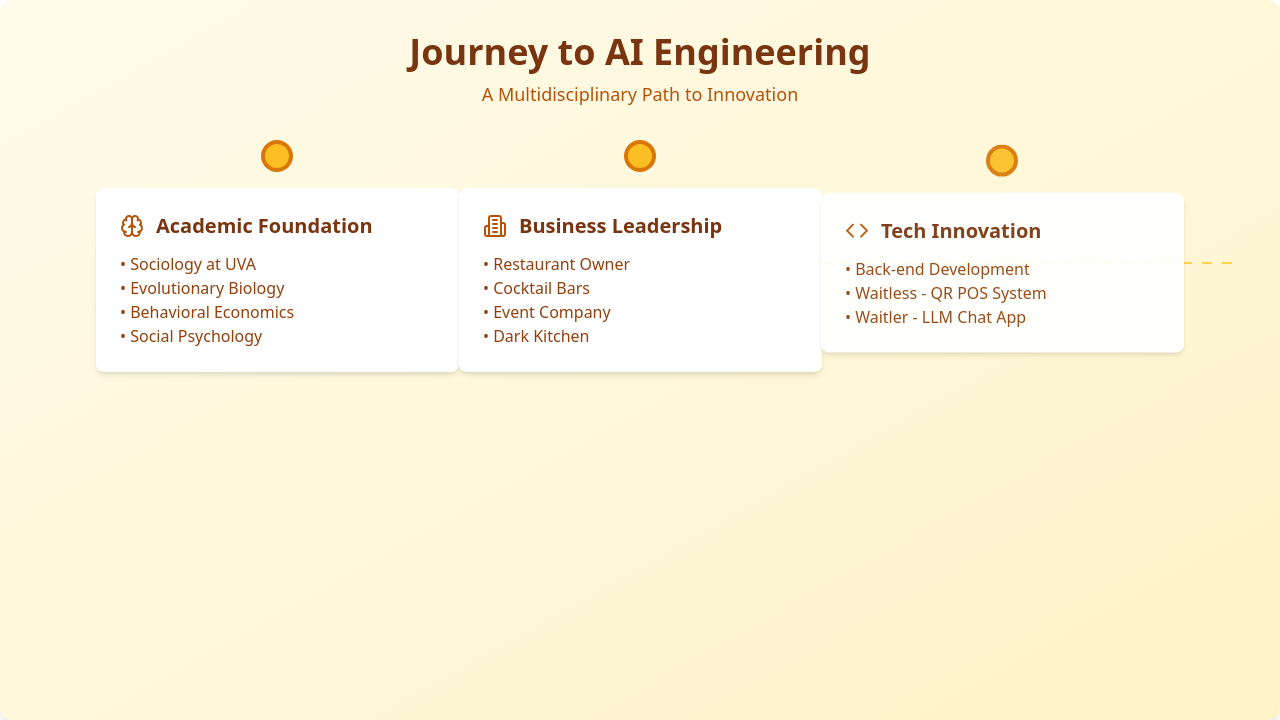
Repository: Galbaz1/dell_presentation
Page: /
An editor plug-in stored every save of this project. The page is shown before and after a run of saves, followed by the edit.
The browser window is 1280 px wide. The pictures show the whole page.
The project was rebuilt for these pictures with package versions that can differ from the ones it lists, and the page was loaded fresh each time. The framework's server and built-in components were replaced by stand-ins that run in the browser.

Above is the page before, as saved 2024-11-11 12:09:44.

### pages/_app.tsx
import '../styles/globals.css'
import '../styles/speaker_intro.css'
import type { AppProps } from 'next/app'

function MyApp({ Component, pageProps }: AppProps) {
  return <Component {...pageProps} />
}

export default MyApp

### pages/index.tsx
import React from 'react';
import { Brain, Building2, Code, Users, ArrowRight, RefreshCcw } from 'lucide-react';

const SpeakerSlide: React.FC = () => {
  return (
    <div className="bg-gradient-to-br from-amber-50 to-amber-100 p-8 rounded-xl shadow-lg min-h-screen overflow-hidden">
      {/* Header */}
      <div className="mb-12 text-center">
        <h1 className="text-4xl font-bold text-amber-900 mb-2">Journey to AI Engineering</h1>
        <p className="text-lg text-amber-700">A Multidisciplinary Path to Innovation</p>
      </div>

      {/* Timeline Journey */}
      <div className="relative mb-16 mx-auto max-w-[1400px]">
        {/* Connecting Lines */}
        <svg className="absolute top-1/2 left-0 w-full h-1" style={{ transform: 'translateY(-50%)' }}>
          <path
            d="M150 0 L600 0"
            className="footsteps-path footsteps-animation-1"
            stroke="#fcd34d"
            strokeWidth="4"
            fill="none"
            strokeDasharray="10"
          />
          <path
            d="M750 0 L1200 0"
            className="footsteps-path footsteps-animation-2"
            stroke="#fcd34d"
            strokeWidth="4"
            fill="none"
            strokeDasharray="10"
          />
        </svg>

        {/* Journey Stations */}
        <div className="relative flex justify-between items-center px-16">
          {/* Academic Foundation */}
          <div className="w-96 relative fall-animation">
            <div className="absolute -top-4 left-1/2 transform -translate-x-1/2">
              <div className="w-8 h-8 rounded-full bg-amber-400 border-4 border-amber-600" />
            </div>
            <div className="bg-white p-6 rounded-lg shadow-md mt-8">
              <h2 className="text-xl font-semibold text-amber-900 mb-3 flex items-center">
                <Brain className="mr-3 text-amber-700 w-6 h-6" /> Academic Foundation
              </h2>
              <ul className="text-base text-amber-800">
                <li>• Sociology at UVA</li>
                <li>• Evolutionary Biology</li>
                <li>• Behavioral Economics</li>
                <li>• Social Psychology</li>
              </ul>
            </div>
          </div>

          {/* Business Experience */}
          <div className="w-96 relative fall-animation fall-animation-delay-1">
            <div className="absolute -top-4 left-1/2 transform -translate-x-1/2">
              <div className="w-8 h-8 rounded-full bg-amber-400 border-4 border-amber-600" />
            </div>
            <div className="bg-white p-6 rounded-lg shadow-md mt-8">
              <h2 className="text-xl font-semibold text-amber-900 mb-3 flex items-center">
                <Building2 className="mr-3 text-amber-700 w-6 h-6" /> Business Leadership
              </h2>
              <ul className="text-base text-amber-800">
                <li>• Restaurant Owner</li>
                <li>• Cocktail Bars</li>
                <li>• Event Company</li>
                <li>• Dark Kitchen</li>
              </ul>
            </div>
          </div>

          {/* Tech Innovation */}
          <div className="w-96 relative fall-animation fall-animation-delay-2">
            <div className="absolute -top-4 left-1/2 transform -translate-x-1/2">
              <div className="w-8 h-8 rounded-full bg-amber-400 border-4 border-amber-600" />
            </div>
            <div className="bg-white p-6 rounded-lg shadow-md mt-8">
              <h2 className="text-xl font-semibold text-amber-900 mb-3 flex items-center">
                <Code className="mr-3 text-amber-700 w-6 h-6" /> Tech Innovation
              </h2>
              <ul className="text-base text-amber-800">
                <li>• Back-end Development</li>
                <li>• Waitless - QR POS System</li>
                <li>• Waitler - LLM Chat App</li>
              </ul>
            </div>
          </div>
        </div>
      </div>

      {/* Current Roles Synergy Circle */}
      <div className="relative max-w-[1200px] mx-auto mt-24">
        <div className="flex justify-between items-center synergy-animation px-16">
          {/* AI Engineering Role */}
          <div className="w-[480px] bg-white p-8 rounded-lg shadow-md border-2 border-amber-400">
            <h2 className="text-2xl font-semibold text-amber-900 mb-3 flex items-center">
              <Brain className="mr-3 text-amber-700 w-6 h-6" /> AI Engineering
            </h2>
            <p className="text-base text-amber-800">
              Freelance AI solutions architect combining technical expertise with business acumen
            </p>
          </div>

          {/* AI Builders Role */}
          <div className="w-[480px] bg-white p-8 rounded-lg shadow-md border-2 border-amber-400">
            <h2 className="text-2xl font-semibold text-amber-900 mb-3 flex items-center">
              <Users className="mr-3 text-amber-700 w-6 h-6" /> AI Builders Club
            </h2>
            <p className="text-base text-amber-800">
              Community lead fostering AI innovation in Amsterdam, Rotterdam, and Berlin
            </p>
          </div>
        </div>

        {/* Synergy Arrows */}
        <div className="absolute top-1/2 left-1/2 transform -translate-x-1/2 -translate-y-1/2 w-28 h-28 synergy-animation">
          <div className="relative w-full h-full">
            <RefreshCcw className="w-full h-full text-amber-600 animate-spin-slow" />
            <div className="absolute top-1/2 left-1/2 transform -translate-x-1/2 -translate-y-1/2 text-xs text-amber-800 font-semibold bg-white px-2 rounded">
              Synergy
            </div>
          </div>
        </div>
      </div>
    </div>
  );
};

export default SpeakerSlide;

### styles/speaker_intro.css
@keyframes spin-slow {
  from {
    transform: rotate(0deg);
  }
  to {
    transform: rotate(360deg);
  }
}

.animate-spin-slow {
  animation: spin-slow 20s linear infinite;
}

@keyframes fallIn {
  0% {
    transform: translateY(-100vh) rotate(0deg);
    opacity: 0;
  }
  60% {
    transform: translateY(20px) rotate(720deg);
  }
  80% {
    transform: translateY(-10px) rotate(720deg);
  }
  100% {
    transform: translateY(0) rotate(720deg);
    opacity: 1;
  }
}

@keyframes footsteps {
  0% {
    clip-path: inset(0 100% 0 0);
  }
  100% {
    clip-path: inset(0 0 0 0);
  }
}

@keyframes dotted-line {
  0% {
    stroke-dashoffset: 1000;
  }
  100% {
    stroke-dashoffset: 0;
  }
}

@keyframes synergy-appear {
  0% {
    transform: scale(0) rotate(0deg);
    opacity: 0;
  }
  100% {
    transform: scale(1) rotate(360deg);
    opacity: 1;
  }
}

.fall-animation {
  opacity: 0;
  animation: fallIn 2s cubic-bezier(0.25, 0.46, 0.45, 0.94) forwards;
}

.fall-animation-delay-1 {
  animation-delay: 2s;
}

.fall-animation-delay-2 {
  animation-delay: 4s;
}

.footsteps-path {
  stroke-dasharray: 10;
  stroke-dashoffset: 1000;
  animation: dotted-line 1.5s ease-in-out forwards;
}

.footsteps-animation-1 {
  animation-delay: 1.5s;
}

.footsteps-animation-2 {
  animation-delay: 3.5s;
}

.synergy-animation {
  opacity: 0;
  animation: synergy-appear 2s cubic-bezier(0.34, 1.56, 0.64, 1) forwards;
  animation-delay: 6s;
}

### tailwind.config.js
/** @type {import('tailwindcss').Config} */
module.exports = {
  content: [
    "./pages/**/*.{js,ts,jsx,tsx}",
    "./components/**/*.{js,ts,jsx,tsx}",
    "./styles/**/*.css",
  ],
  theme: {
    extend: {},
  },
  plugins: [],
}

Loaded but not shown: styles/globals.css (common file)

After the next 4 saves:
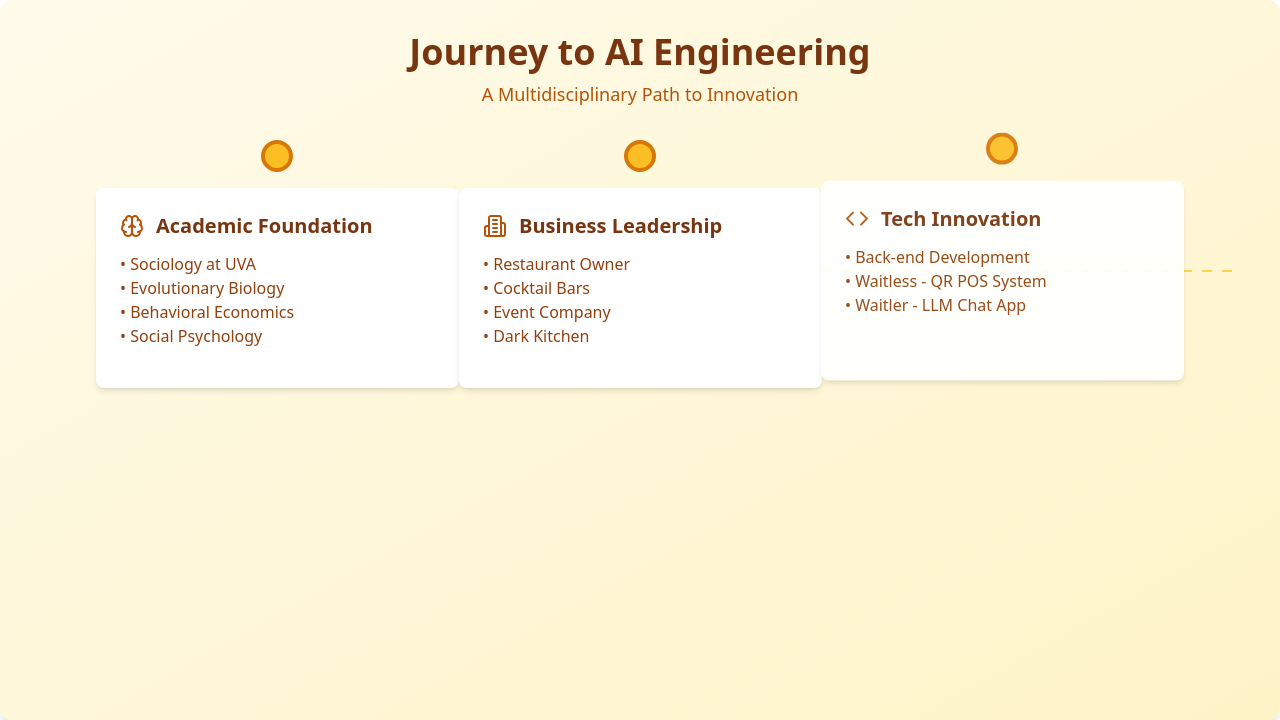
The 4 saves are shown as one change because they came seconds apart.
The last was saved 3 min 15 s later.
--- a/pages/index.tsx
+++ b/pages/index.tsx
@@ -39,11 +39,11 @@ const SpeakerSlide: React.FC = () => {
             <div className="absolute -top-4 left-1/2 transform -translate-x-1/2">
               <div className="w-8 h-8 rounded-full bg-amber-400 border-4 border-amber-600" />
             </div>
-            <div className="bg-white p-6 rounded-lg shadow-md mt-8">
+            <div className="bg-white p-6 rounded-lg shadow-md mt-8 h-[200px] flex flex-col">
               <h2 className="text-xl font-semibold text-amber-900 mb-3 flex items-center">
                 <Brain className="mr-3 text-amber-700 w-6 h-6" /> Academic Foundation
               </h2>
-              <ul className="text-base text-amber-800">
+              <ul className="text-base text-amber-800 flex-1">
                 <li>• Sociology at UVA</li>
                 <li>• Evolutionary Biology</li>
                 <li>• Behavioral Economics</li>
@@ -57,11 +57,11 @@ const SpeakerSlide: React.FC = () => {
             <div className="absolute -top-4 left-1/2 transform -translate-x-1/2">
               <div className="w-8 h-8 rounded-full bg-amber-400 border-4 border-amber-600" />
             </div>
-            <div className="bg-white p-6 rounded-lg shadow-md mt-8">
+            <div className="bg-white p-6 rounded-lg shadow-md mt-8 h-[200px] flex flex-col">
               <h2 className="text-xl font-semibold text-amber-900 mb-3 flex items-center">
                 <Building2 className="mr-3 text-amber-700 w-6 h-6" /> Business Leadership
               </h2>
-              <ul className="text-base text-amber-800">
+              <ul className="text-base text-amber-800 flex-1">
                 <li>• Restaurant Owner</li>
                 <li>• Cocktail Bars</li>
                 <li>• Event Company</li>
@@ -75,11 +75,11 @@ const SpeakerSlide: React.FC = () => {
             <div className="absolute -top-4 left-1/2 transform -translate-x-1/2">
               <div className="w-8 h-8 rounded-full bg-amber-400 border-4 border-amber-600" />
             </div>
-            <div className="bg-white p-6 rounded-lg shadow-md mt-8">
+            <div className="bg-white p-6 rounded-lg shadow-md mt-8 h-[200px] flex flex-col">
               <h2 className="text-xl font-semibold text-amber-900 mb-3 flex items-center">
                 <Code className="mr-3 text-amber-700 w-6 h-6" /> Tech Innovation
               </h2>
-              <ul className="text-base text-amber-800">
+              <ul className="text-base text-amber-800 flex-1">
                 <li>• Back-end Development</li>
                 <li>• Waitless - QR POS System</li>
                 <li>• Waitler - LLM Chat App</li>
